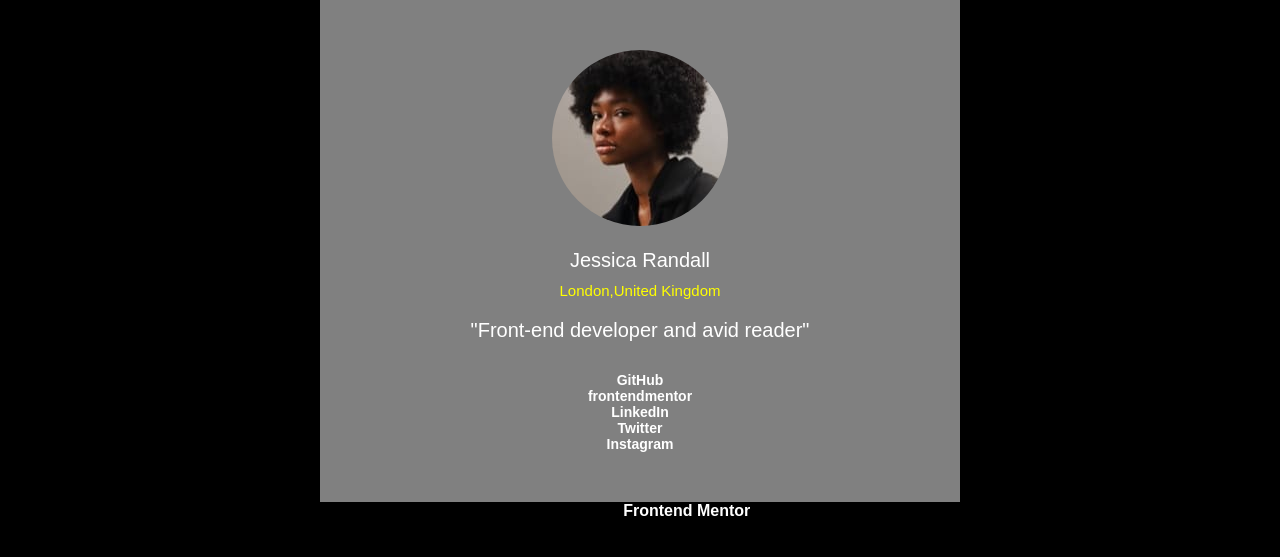
Repository: JosephAbatan05/Social-links-profile
Page: social-links-profile-main/index.html
An editor plug-in stored every save of this project. The page is shown before and after a run of saves, followed by the edit.
The browser window is 1280 px wide. The pictures show the whole page.

Above is the page before, as saved 2025-01-25 13:11:05.

After the next 4 saves:
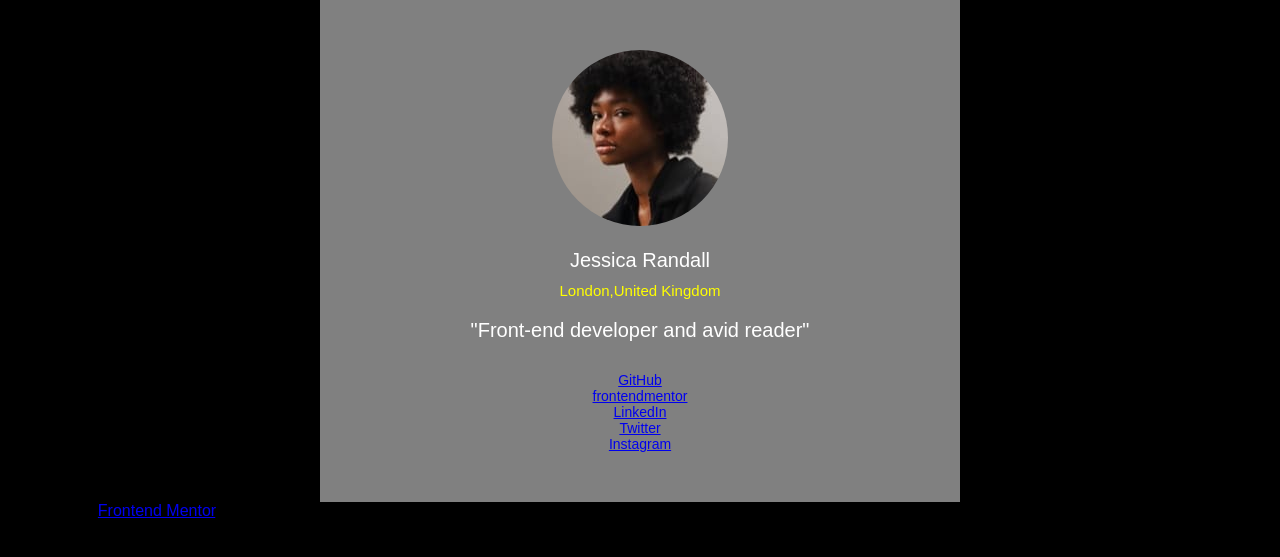
The 4 saves are shown as one change because they came seconds apart.
The last was saved 20 s later.
--- a/social-links-profile-main/styles.css
+++ b/social-links-profile-main/styles.css
@@ -56,12 +56,7 @@ img{
    background-color: hsl(0%, 0%, 20%);
 }
 a{
-    margin-top: 20px;
-    text-decoration: none;
-    color:white;
-    font-weight: 600;
-    margin-top: 10px;
-}
+    zz
 
 .attribution{
     text-align:center;
